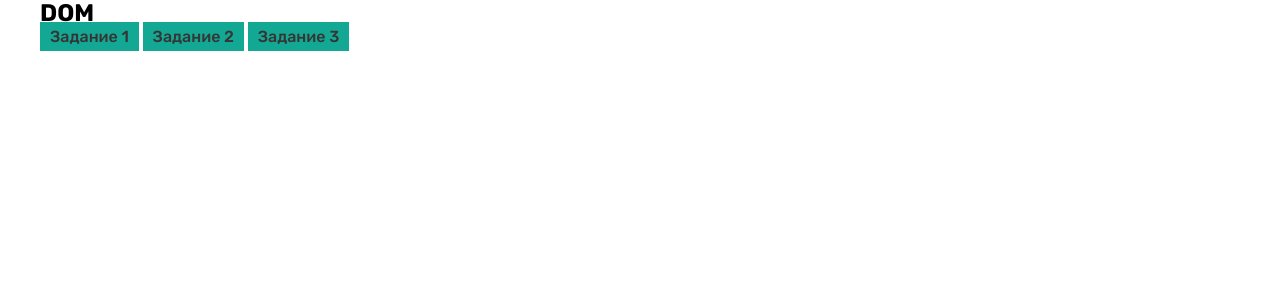
Repository: NastyaGavrilova/Beetroot-js
Page: HW7/index.html
The author's editor kept a copy of each file at every save. The page is drawn from the files as they stood at one save, then again after the next save.
The browser window is 1280 px wide. The pictures show the whole page.

Above is the page before, as saved 2021-10-25 15:46:41.

### HW7/index.html
<!DOCTYPE html>
<html lang="en">
  <head>
    <meta charset="UTF-8" />
    <meta http-equiv="X-UA-Compatible" content="IE=edge" />
    <meta name="viewport" content="width=device-width, initial-scale=1.0" />
    <link
      rel="stylesheet"
      href="https://cdnjs.cloudflare.com/ajax/libs/normalize/8.0.1/normalize.min.css"
      integrity="sha512-NhSC1YmyruXifcj/KFRWoC561YpHpc5Jtzgvbuzx5VozKpWvQ+4nXhPdFgmx8xqexRcpAglTj9sIBWINXa8x5w=="
      crossorigin="anonymous"
      referrerpolicy="no-referrer"
    />
    <link rel="preconnect" href="https://fonts.googleapis.com" />
    <link rel="preconnect" href="https://fonts.gstatic.com" crossorigin />
    <link
      href="https://fonts.googleapis.com/css2?family=Rubik:wght@300;500;700&display=swap"
      rel="stylesheet"
    />
    <link rel="stylesheet" href="./index.css" />
    <title>DOM</title>
  </head>
  <body>
    <header class="c-header">
      <div class="c-header__wrapper">
        <div class="c-header__title">
          <h2>DOM</h2>
        </div>
      </div>
    </header>

    <section class="c-tasks">
      <div class="c-tasks__wrapper">
        <div class="c-tasks__links">
          <a href="./songs/songs.html" class="e-link">Задание 1</a>
          <a href="./modalWindow/modal.html" class="e-link">Задание 2</a>
          <a href="./traffic-lights/trafic.html" class="e-link">Задание 3</a>
        </div>
      </div>
    </section>
  </body>
</html>

### HW7/index.css
* {
  box-sizing: border-box;
  padding: 0;
  margin: 0;
}

body {
  max-width: 1200px;
  margin: 0 auto;
  font-family: "Rubik", sans-serif;
}
h1 {
  text-align: center;
  color: rgb(20, 117, 85);
}

.c-section__wrapper {
  padding: 20px 50px;
}

.c-section__links {
  display: flex;
  justify-content: space-around;
}

.e-link {
  padding: 5px 10px;
  border: none;
  text-decoration: none;
  background-color: rgb(19, 168, 148);
  color: rgb(54, 53, 53);
  font-weight: 500;
}

.e-link:active {
  transform: scale(1.2);
}

After the next save:
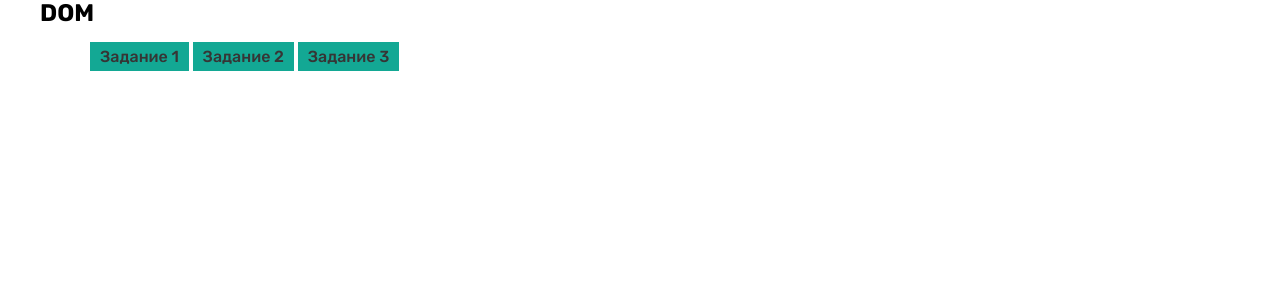
Saved 13 s later.
--- a/HW7/index.css
+++ b/HW7/index.css
@@ -14,7 +14,7 @@ h1 {
   color: rgb(20, 117, 85);
 }
 
-.c-section__wrapper {
+.c-tasks__wrapper {
   padding: 20px 50px;
 }
 
